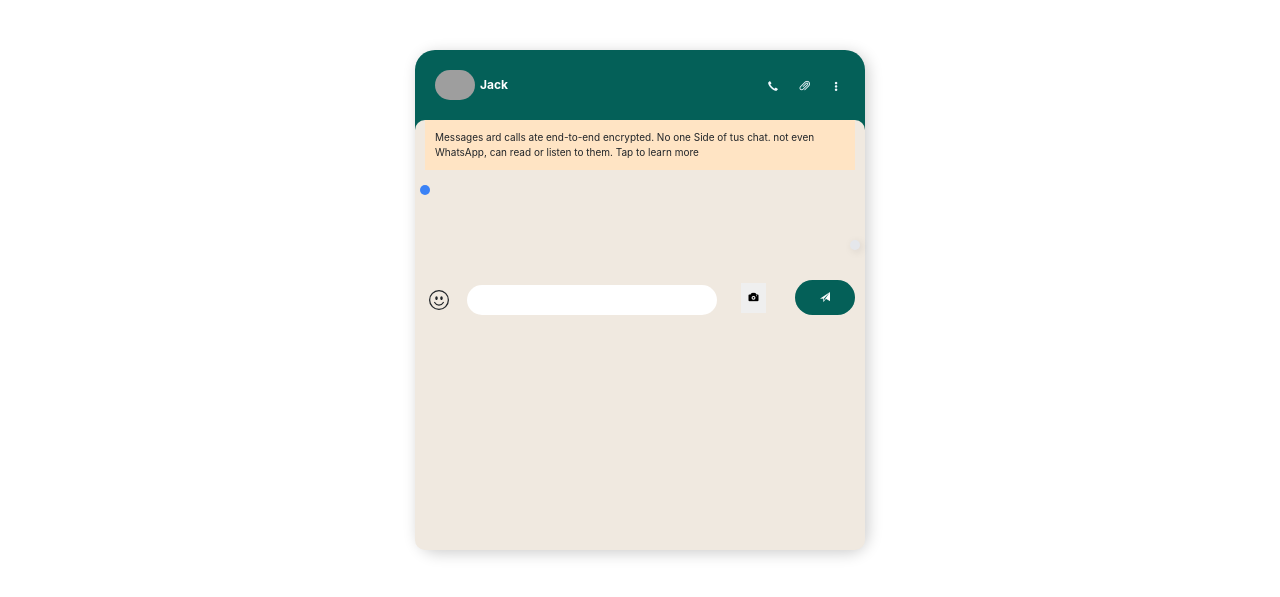
Repository: sibi24sibi/php-mysql-manal-chatbot
Page: http://localhost/
These files come from the project's save history. The page is drawn as it stood at one moment and after the next save; the edit follows.
The browser window is 1280 px wide. The pictures show the whole page.
Pictures or frames that could not be fetched are drawn as grey boxes. The page is run by PHP 8.4 with error messages shown; the project is at /var/www/html/.

Above is the page before, as saved 2023-01-15 14:52:43.

### index.php
<!DOCTYPE html>
<html lang="en">
<head>
    <meta charset="UTF-8">
    <meta http-equiv="X-UA-Compatible" content="IE=edge">
    <meta name="viewport" content="width=device-width, initial-scale=1.0">
    <title>Document</title>
    <link rel="stylesheet" href="style.css">
    <link href="//maxcdn.bootstrapcdn.com/bootstrap/3.3.6/css/bootstrap.min.css" type="text/css" rel="stylesheet">
    <link rel="stylesheet" href="https://cdn.jsdelivr.net/npm/bootstrap@4.6.2/dist/css/bootstrap.min.css" integrity="sha384-xOolHFLEh07PJGoPkLv1IbcEPTNtaed2xpHsD9ESMhqIYd0nLMwNLD69Npy4HI+N" crossorigin="anonymous">
</head>
<body>
    <div class="bot-windows">
        <div class="bot-window-materail">

            <div class="profile d-flex">

                <div class="profile-pic p-2 bd-highlight">
                    <img src="https://cdn.statusqueen.com/dpimages/thumbnail/anime_boy_dp-2331.jpg" alt="" srcset="">
                </div>
                <div class="profile-name align-self-center">
                    Jack
                </div>

                <div class="window-option ml-auto align-self-center">
                    <button type="button" class="btn btn-default" aria-label="Left Align">
                        <span class="glyphicon glyphicon-earphone" style="color:aliceblue" aria-hidden="true"></span>
                    </button>
                    <button type="button" class="btn btn-default" aria-label="Left Align">
                        <span class="glyphicon glyphicon-paperclip" style="color:aliceblue" aria-hidden="true"></span>
                    </button>
                    <button type="button" class="btn btn-default" aria-label="Left Align">
                        <span class="glyphicon glyphicon-option-vertical" style="color:aliceblue" aria-hidden="true"></span>
                    </button>
                </div>

            </div>
        </div>

             <div class="chat-screen ">

                <div class="secure">
                    Messages ard calls ate end-to-end encrypted. No one
                    Side of tus chat. not even WhatsApp, can read or listen
                    to them. Tap to learn more
                </div>



                <div id="body align-items-start">

                        <div class="userSection">
                        <div class="messages user-message">

                        </div>
                        <div class="seperator"></div>
                        </div>
                        <div class="botSection">
                        <div class="messages bot-reply">

                        </div>
                        <div class="seperator"></div>
                        </div>
                </div>


                <div class="bottom-tools d-flex align-items-end ">

                        <button type="button" class="btn btn-default align-self-center " aria-label="Left Align">
                            <svg xmlns="http://www.w3.org/2000/svg" width="20" height="20" fill="currentColor" class="bi bi-emoji-smile" viewBox="0 0 16 16">
                                <path d="M8 15A7 7 0 1 1 8 1a7 7 0 0 1 0 14zm0 1A8 8 0 1 0 8 0a8 8 0 0 0 0 16z"/>
                                <path d="M4.285 9.567a.5.5 0 0 1 .683.183A3.498 3.498 0 0 0 8 11.5a3.498 3.498 0 0 0 3.032-1.75.5.5 0 1 1 .866.5A4.498 4.498 0 0 1 8 12.5a4.498 4.498 0 0 1-3.898-2.25.5.5 0 0 1 .183-.683zM7 6.5C7 7.328 6.552 8 6 8s-1-.672-1-1.5S5.448 5 6 5s1 .672 1 1.5zm4 0c0 .828-.448 1.5-1 1.5s-1-.672-1-1.5S9.448 5 10 5s1 .672 1 1.5z"/>
                            </svg>
                        </button>
                        <input type="search" id="userInput" class="send-box mr-auto p-2 align-self-center" placeholder="" aria-label="Search" aria-describedby="search-addon"  name="messages"/>

                    <button type="button" class="camera align-self-center p-2 bd-highlight" aria-label="Left Align">
                        <span class="glyphicon glyphicon-camera" style="color:black" aria-hidden="true"></span>
                    </button>
                    <button id="send" class="send-button align-self-center send ml-auto p-2 bd-highlight" aria-label="Left Align">
                        <span class="glyphicon glyphicon-send" style="color:white" aria-hidden="true"></span>
                    </button>
                </div>

            </div>


    </div>


      <script type="text/javascript">

      document.querySelector("#send").addEventListener("click", async () => {
        let xhr = new XMLHttpRequest();
        var userMessage = document.querySelector("#userInput").value

        let userHtml = '<div class="userSection">'+'<div class="messages user-message">'+userMessage+'</div>'+
        '<div class="seperator"></div>'+'</div>'

        document.querySelector('#body').innerHTML+= userHtml;

        xhr.open("POST", "query.php");
        xhr.setRequestHeader("Content-type", "application/x-www-form-urlencoded");
        xhr.send(`messageValue=${userMessage}`);

        xhr.onload = function () {
            let botHtml = '<div class="botSection">'+'<div class="messages bot-reply">'+this.responseText+'</div>'+
            '<div class="seperator"></div>'+'</div>'

            document.querySelector('#body').innerHTML+= botHtml;
        }

      })

    </script>

  </body>
  </html>

### style.css
body{
    margin: 0;
    padding: 0;
    display: flex;
    align-items: center;
    justify-content: center;
    font-family: "Rubik", sans-serif;
  }

  .bot-windows {
    margin: 50px 0;
    height: 500px;
    width: 450px;
    background-color:rgb(4, 96, 88);
    box-shadow: 3px 3px 15px rgba(0, 0, 0, 0.2) ;
    border-radius: 20px;
  }
  .bot-window-materail {
    margin: 15px 15px 15px 15px;
    width: 450px;

  }
  .profile {
    color:white;
    font-size: larger;
    font-weight: bold;
  }
  .profile img {
    height: 30px;
    weight: 30px;
    border-radius: 50px;
  }

  .window-option {
    font-size: 20px;
    margin-right: 30px;

  }
  .chat-screen{
    background-color: rgb(240, 233, 224);
    border-radius: 10px;
    width: 100%;
    height: 430px;;
  }
.send-box{
  border-color: transparent;
  box-shadow: transparent;
  background-color: rgb(255, 255, 255);
  border-radius: 50px;
  outline-color: transparent;
  height: 30px;
  width: 250px;
}
.send-button{
  background-color:rgb(4, 96, 88);
  border-radius: 40px;
  border-color: transparent;
  height: 35px;
  width: 60px;
  margin-left: 15px;
  margin-right: 10px;
  margin-bottom: 5px;
}
svg{
  margin-left: 5px;
  margin-right: 10px;
}
.input-group{
  margin-bottom: 5px;
}
.camera{
  margin-left: 5px;
  margin-right: 10px;
  margin-bottom: 5px;
  border-color: transparent;
  height: 30px;
}
.secure{
  background-color: bisque;
  padding: 10px;
  margin: 10px;
}

.userSection {
    width: 100%;
  }



  .user-message {
    margin-top: 1rem;
    text-align: left;
    background: #3B82F6;
    color: white;
    float: left;
  }

  .messages {
    max-width: 60%;

    margin: .5rem;
    font-size: 1.2rem;
    padding: .5rem;
    border-radius: 7px;
  }


  .seperator {
    width: 100%;
    height: 50px;
  }

  .bot-reply {
    text-align: right;
    background: #E5E7EB;
    margin-top: 1rem;
    float: right;
    color: black;
    box-shadow: 2px 2px 8px rgba(0, 0, 0, 0.1);
  }

  .seperator {
    width: 100%;
    height: 50px;
  }

After the next save:
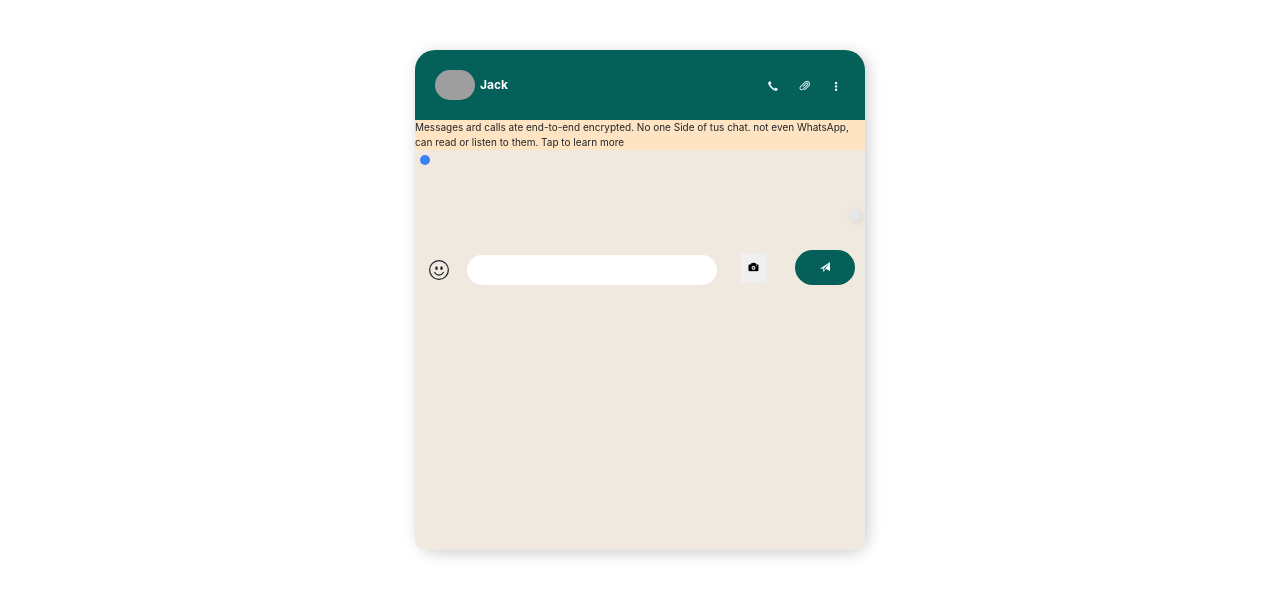
Saved 117 s later.
--- a/style.css
+++ b/style.css
@@ -77,8 +77,6 @@
 }
 .secure{
   background-color: bisque;
-  padding: 10px;
-  margin: 10px;
 }
 
 .userSection {
